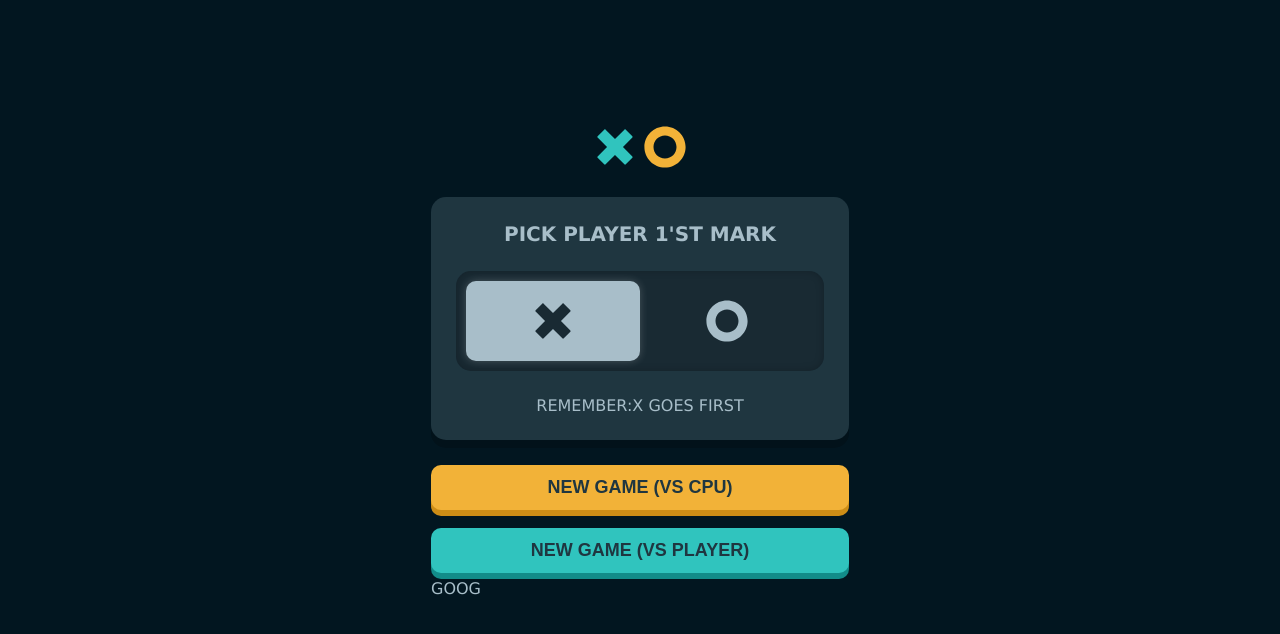
Repository: SD-Mdouka/XO_GAME
Page: /, after clicking the first element matching `button.btn`
These files come from the project's save history. The page is drawn as it stood at one moment and after the next save; the edit follows.
The browser window is 1280 px wide. The pictures show the whole page.
The project was rebuilt for these pictures with package versions that can differ from the ones it lists, and the page was loaded fresh each time. Also part of the build but not shown: src/component/icons/Refrsh.js, src/component/board/BorardCard.js, src/component/board/Board.js, src/component/modal/Restart.js, src/component/modal/Win.js.

Above is the page before, as saved 2022-08-30 11:42:45.

### src/index.js
import React from "react";
import ReactDOM from "react-dom/client";
import "./index.css";
import App from "./App";
import { ModalState } from "./component/context/ModalContext";
import { GameContext, GameState } from "./component/context/GameContext";

const root = ReactDOM.createRoot(document.getElementById("root"));
root.render(
  <React.StrictMode>
    <ModalState>
      <GameState>
        <App />
      </GameState>
    </ModalState>
  </React.StrictMode>
);

### src/index.css
* {
    padding: 0;
    margin: 0;
    box-sizing: border-box;
}

:root {
    --color-bg-dark: #192a33;
    --color-bg-light: #1f3640;
    --color-gray: #a8bec9;
    --color-gray-dark: #7a8991;
    --color-yellow: #f2b238;
    --color-yellow-dark: #cd8d16;
    --color-blue: #30c4be;
    --color-blue-dark: #128c89;
    --shadow-y: 6px;
}

html {
    font-family: "Lucida Sans", "Lucida Sans Regular", "Lucida Grande", "Lucida Sans Unicode", Geneva, Verdana, sans-serif;
    text-transform: uppercase;
    font-size: 16px;
}

body {
    background-color: var(--color-bg-dark);
    color: var(--color-gray);
}

.App {
    background-color: #021620;
    min-height: 100vh;
    display: flex;
    align-items: center;
    justify-content: center;
}

.container {
    max-width: 450px;
    width: 100%;
    margin-inline: auto;
    padding: 2rem 1rem;
}


/*utilites*/

.card {
    padding: 25px;
    display: flex;
    flex-direction: column;
    gap: 25px;
    border-radius: 15px;
    background-color: var(--color-bg-light);
    -webkit-border-radius: 15px;
    -moz-border-radius: 15px;
    -ms-border-radius: 15px;
    -o-border-radius: 15px;
    text-align: center;
}

.text-lg {
    font-size: 1.25rem;
}

.text-xl {
    font-size: 1.5rem;
}

.text-2xl {
    font-size: 1.725rem;
}

.text-light {
    color: var(--color-gray);
}

.text-blue {
    color: var(--color-blue);
}

.text-yellow {
    color: var(--color-yellow);
}

.bg-blue {
    background-color: var(--color-blue);
    color: var(--color-bg-dark);
}

.bg-yellow {
    background-color: var(--color-yellow);
    color: var(--color-bg-dark);
}

.bg-light {
    background-color: var(--color-gray);
    color: var(--color-bg-dark);
}

.bg-blue.text-light,
.bg-blue .text-light,
.bg-yellow.text-light,
.bg-yellow .text-light,
.bg-light .text-light,
.bg-light.text-light {
    color: var(--color-bg-light);
}

.btn {
    background-color: var(--color-gray);
    border: none;
    font-size: 1.125rem;
    font-weight: bold;
    padding: 12px 25px;
    text-transform: uppercase;
    cursor: pointer;
    border-radius: 10px;
    -webkit-border-radius: 10px;
    -moz-border-radius: 10px;
    -ms-border-radius: 10px;
    -o-border-radius: 10px;
    color: var(--color-bg-light);
    display: inline-block;
    box-shadow: 0 var(--shadow-y) 0 var(--color-gray-dark);
    margin-bottom: 6px;
    transition: all 0.2s;
    -webkit-transition: all 0.2s;
    -moz-transition: all 0.2s;
    -ms-transition: all 0.2s;
    -o-transition: all 0.2s;
}

.btn:hover {
    --shadow-y: 8px;
    transform: translateY(-2px);
    -webkit-transform: translateY(-2px);
    -moz-transform: translateY(-2px);
    -ms-transform: translateY(-2px);
    -o-transform: translateY(-2px);
}

.btn:active {
    --shadow-y: 4px;
    transform: translateY(2px);
    -webkit-transform: translateY(2px);
    -moz-transform: translateY(2px);
    -ms-transform: translateY(2px);
    -o-transform: translateY(2px);
}

.btn-yellow {
    background-color: var(--color-yellow);
    box-shadow: 0 var(--shadow-y) 0 var(--color-yellow-dark);
}

.btn-blue {
    background-color: var(--color-blue);
    box-shadow: 0 var(--shadow-y) 0 var(--color-blue-dark);
}

.btn-sm {
    --shadow-y: 4px;
}

.btn-sm:hover {
    --shadow-y: 6px;
}

.btn-sm:active {
    --shadow-y: 3px;
}

.shadow-gray {
    box-shadow: 0 8px 0 rgba(0, 0, 0, 0.2);
}

.shadow-blue {
    box-shadow: 0 8px 0 var(--color-blue-dark);
}

.shadow-yellow {
    box-shadow: 0 8px 0 var(--color-yellow-dark);
}


/* icons */

.icon {
    display: inline-block;
}

.icon svg {
    fill: var(--color-gray);
    height: 50px;
    width: 50px;
    vertical-align: middle;
}

.icon-sm svg {
    height: 30px;
    width: 30px;
}

.icon-lg svg {
    height: 65px;
    width: 65px;
}

.icon-yellow svg {
    fill: var(--color-yellow);
}

.icon-blue svg {
    fill: var(--color-blue);
}

.icon-dark svg {
    fill: var(--color-bg-dark);
}


/* Sarte */

.start {
    display: flex;
    flex-direction: column;
    gap: 25px;
}

.start__header {
    display: flex;
    align-items: center;
    justify-content: center;
}

.start__players {
    background-color: var(--color-bg-dark);
    padding: 10px;
    border-radius: 15px;
    -webkit-border-radius: 15px;
    -moz-border-radius: 15px;
    -ms-border-radius: 15px;
    -o-border-radius: 15px;
    display: flex;
    align-items: center;
    box-shadow: inset 0 0 8px rgba(0, 0, 0, 0.2);
}

.start__players span {
    width: 50%;
    display: flex;
    align-items: center;
    justify-content: center;
    padding: 15px 10px;
    border-radius: 10px;
    -webkit-border-radius: 10px;
    -moz-border-radius: 10px;
    -ms-border-radius: 10px;
    -o-border-radius: 10px;
    cursor: pointer;
}

.start__players--active {
    background-color: var(--color-gray);
    box-shadow: 0 0 8px rgba(255, 255, 255, 0.2);
}

.start__btns {
    display: flex;
    flex-direction: column;
    gap: 12px;
}


/* board */

.board__header {
    display: flex;
    justify-content: space-between;
    align-items: center;
    margin-bottom: 50px;
}

.board__turn {
    border-radius: 5px;
    background-color: var(--color-bg-light);
    -webkit-border-radius: 5px;
    -moz-border-radius: 5px;
    -ms-border-radius: 5px;
    -o-border-radius: 5px;
    padding: 8px 12px;
    align-items: center;
    display: flex;
    gap: 4px;
    box-shadow: 0 4px 0 rgba(0, 0, 0, 0.2);
}

.board__restart svg {
    height: 20px;
    display: flex;
    align-items: center;
    transform-origin: center;
    transition: all 0.3s;
    -webkit-transition: all 0.3s;
    -moz-transition: all 0.3s;
    -ms-transition: all 0.3s;
    -o-transition: all 0.3s;
}

.board__restart:active svg {
    transform: rotate(180deg);
    -webkit-transform: rotate(180deg);
    -moz-transform: rotate(180deg);
    -ms-transform: rotate(180deg);
    -o-transform: rotate(180deg);
}

.board__body {
    display: grid;
    grid-template-columns: repeat(3, 1fr);
    gap: 25px 20px;
}

.board__body .card {
    height: 120px;
    display: flex;
    align-items: center;
    justify-content: center;
    cursor: pointer;
    padding-inline: 10px;
}

.board__body .active.shadow-blue {
    background-color: var(--color-blue);
}

.board__body .active.shadow-yellow {
    background-color: var(--color-yellow);
}

.board__body .active.shadow-dark {
    background-color: var(--color-bg-dark);
}

.board__footer {
    margin-top: 30px;
    display: grid;
    grid-template-columns: repeat(3, 1fr);
    gap: 20px;
    padding: 10px;
}

.board__footer .card {
    gap: 15px;
    padding: 10px;
}


/*modal*/

.modal {
    position: fixed;
    top: 0;
    left: 0;
    width: 100vw;
    height: 100vh;
    z-index: 999;
    background-color: rgba(0, 0, 0, 0.5);
    display: flex;
    align-items: center;
}

.modal__content {
    width: 100%;
    background-color: var(--color-bg-light);
}


/*score*/

.score {
    text-align: center;
}

.score__title {
    font-size: 2rem;
    display: flex;
    align-items: center;
    justify-content: center;
    gap: 6px;
    margin: 30px 0;
}

.score__btns {
    display: flex;
    align-items: center;
    justify-content: center;
    gap: 15px;
}


/*restart*/

.restart {
    text-align: center;
}

.restart__title {
    font-size: 2rem;
    display: flex;
    align-items: center;
    justify-content: center;
    gap: 6px;
    margin-bottom: 30px;
}

.restart__btns {
    display: flex;
    align-items: center;
    justify-content: center;
    gap: 15px;
}

### src/App.js
import React, { useContext } from "react";
import Board from "./component/board/Board";
import { GameContext } from "./component/context/GameContext";
import Modal from "./component/modal/Modal";
import Start from "./component/start/Start";

const App = () => {
  const { screen } = useContext(GameContext);
  return (
    <div className="App">
      <div className="container">
        {screen === "start" && <Start />}
        {screen === "game" && <Board />}
        goog
      </div>
      {/* <Modal /> */}
    </div>
  );
};

export default App;

### src/component/context/ModalContext.js
import { createContext, useState } from "react";

const ModalContext = createContext();

const ModalState = ({ children }) => {
  const [show, setShow] = useState(false);
  const [mode, setMode] = useState("winner"); // winer , start
  const showModal = () => setShow(true);
  const hideModal = () => setShow(false);

  return (
    <ModalContext.Provider
      value={{
        show,
        modalMode: mode,
        setModalMode: setMode,
        showModal,
        hideModal,
      }}
    >
      {children}
    </ModalContext.Provider>
  );
};
export { ModalContext, ModalState };

### src/component/context/GameContext.js
import { createContext, useState } from "react";

const GameContext = createContext();

const GameState = (props) => {
  const [screen, setScreen] = useState("start"); // start , game
  return (
    <GameContext.Provider
      value={{
        screen,
      }}
    >
      {props.children}
    </GameContext.Provider>
  );
};
export { GameContext, GameState };

### src/component/start/Start.js
import React from "react";
import Xicons from "../icons/Xicons";
import Oicons from "../icons/Oicons";

const Start = () => {
  return (
    <div className="start">
      <div className="start__header">
        <Xicons />
        <Oicons />
      </div>
      <div className="card shadow-gray">
        <h1 className="text-lg">Pick Player 1'st mark</h1>
        <div className="start__players">
          <span className="start__players--active">
            <Xicons color={"dark"} />
          </span>
          <span>
            <Oicons color={"light"} />
          </span>
        </div>
        <p className="text-light">remember:x goes first</p>
      </div>
      <div className="start__btns">
        <button className="btn btn-yellow">new game (vs CPU)</button>
        <button className="btn btn-blue">new game (vs Player)</button>
      </div>
    </div>
  );
};

export default Start;

### src/component/icons/Xicons.js
import React from "react";

const Xicon = ({ color, size }) => {
  return (
    <div
      className={`icon ${color ? "icon-" + color : "icon-blue"} ${
        size && "icon-" + size
      }`}
    >
      <svg
        version="1.1"
        id="Layer_1"
        x="0px"
        y="0px"
        width="100px"
        height="100px"
        viewBox="0 0 100 100"
      >
        <path
          d="M84.707,68.752L65.951,49.998l18.75-18.752c0.777-0.777,0.777-2.036,0-2.813L71.566,15.295
	c-0.777-0.777-2.037-0.777-2.814,0L49.999,34.047l-18.75-18.752c-0.746-0.747-2.067-0.747-2.814,0L15.297,28.431
	c-0.373,0.373-0.583,0.88-0.583,1.407c0,0.527,0.21,1.034,0.583,1.407L34.05,49.998L15.294,68.753
	c-0.373,0.374-0.583,0.88-0.583,1.407c0,0.528,0.21,1.035,0.583,1.407l13.136,13.137c0.373,0.373,0.881,0.583,1.41,0.583
	c0.525,0,1.031-0.21,1.404-0.583l18.755-18.755l18.756,18.754c0.389,0.388,0.896,0.583,1.407,0.583c0.511,0,1.019-0.195,1.408-0.583
	l13.138-13.137C85.484,70.789,85.484,69.53,84.707,68.752z"
        />
      </svg>
    </div>
  );
};

export default Xicon;

### src/component/icons/Oicons.js
import React from "react";

const Oicon = ({ color, size }) => {
  return (
    <div
      className={`icon ${color ? "icon-" + color : "icon-yellow"} ${
        size && "icon-" + size
      }`}
    >
      <svg
        version="1.1"
        id="Layer_1"
        x="0px"
        y="0px"
        viewBox="-169 -35 100 100"
      >
        <g>
          <path
            d="M-119,56.2c-22.7,0-41.2-18.5-41.2-41.2s18.5-41.2,41.2-41.2c22.7,0,41.2,18.5,41.2,41.2S-96.3,56.2-119,56.2z M-119-8
		c-12.7,0-23,10.3-23,23c0,12.7,10.3,23,23,23s23-10.3,23-23C-96,2.3-106.3-8-119-8z"
          />
        </g>
      </svg>
    </div>
  );
};

export default Oicon;

### src/component/modal/Modal.js
import React, { useContext } from "react";
import { ModalContext } from "../context/ModalContext";
import Restart from "./Restart";
import Win from "./Win";

const Modal = () => {
  const { show, modalMode } = useContext(ModalContext);
  return (
    <>
      {show && (
        <div className="modal">
          <div className="modal__content">
            <div className="container">
              {modalMode === "winner" && <Win />}
              {modalMode === "restart" && <Restart />}
            </div>
          </div>
        </div>
      )}
    </>
  );
};

export default Modal;

Loaded but not shown: public/index.html (common file)

After the next save:
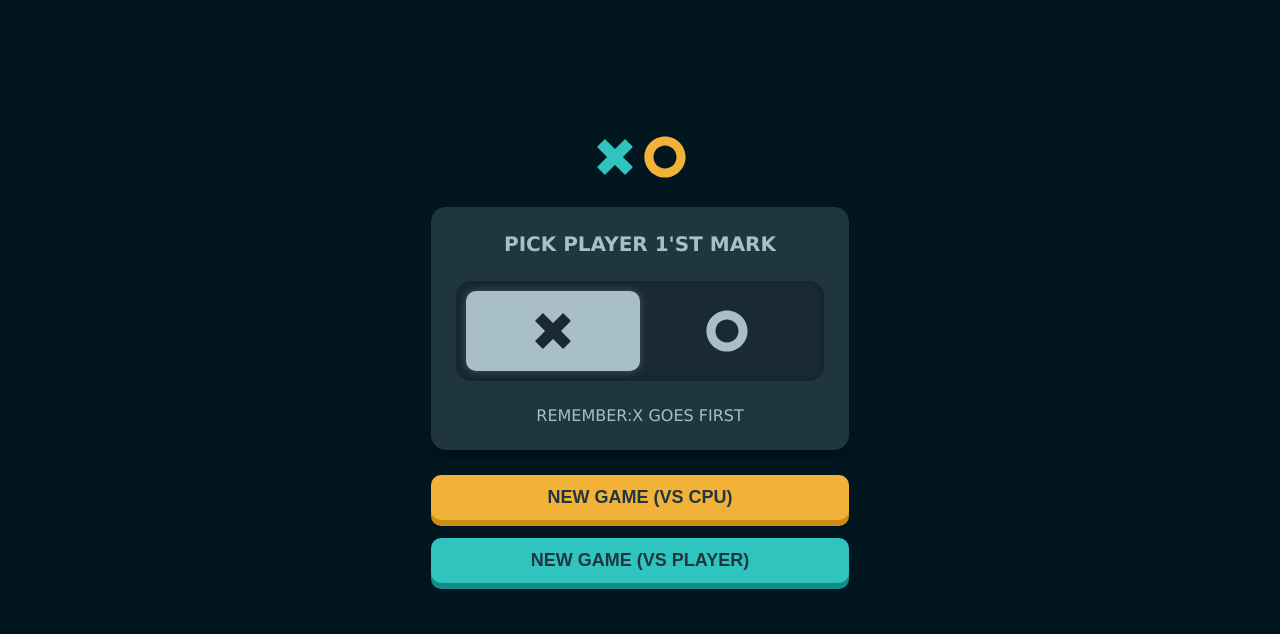
Saved 26 s later.
--- a/src/App.js
+++ b/src/App.js
@@ -11,9 +11,8 @@ const App = () => {
       <div className="container">
         {screen === "start" && <Start />}
         {screen === "game" && <Board />}
-        goog
       </div>
-      {/* <Modal /> */}
+      <Modal />
     </div>
   );
 };
